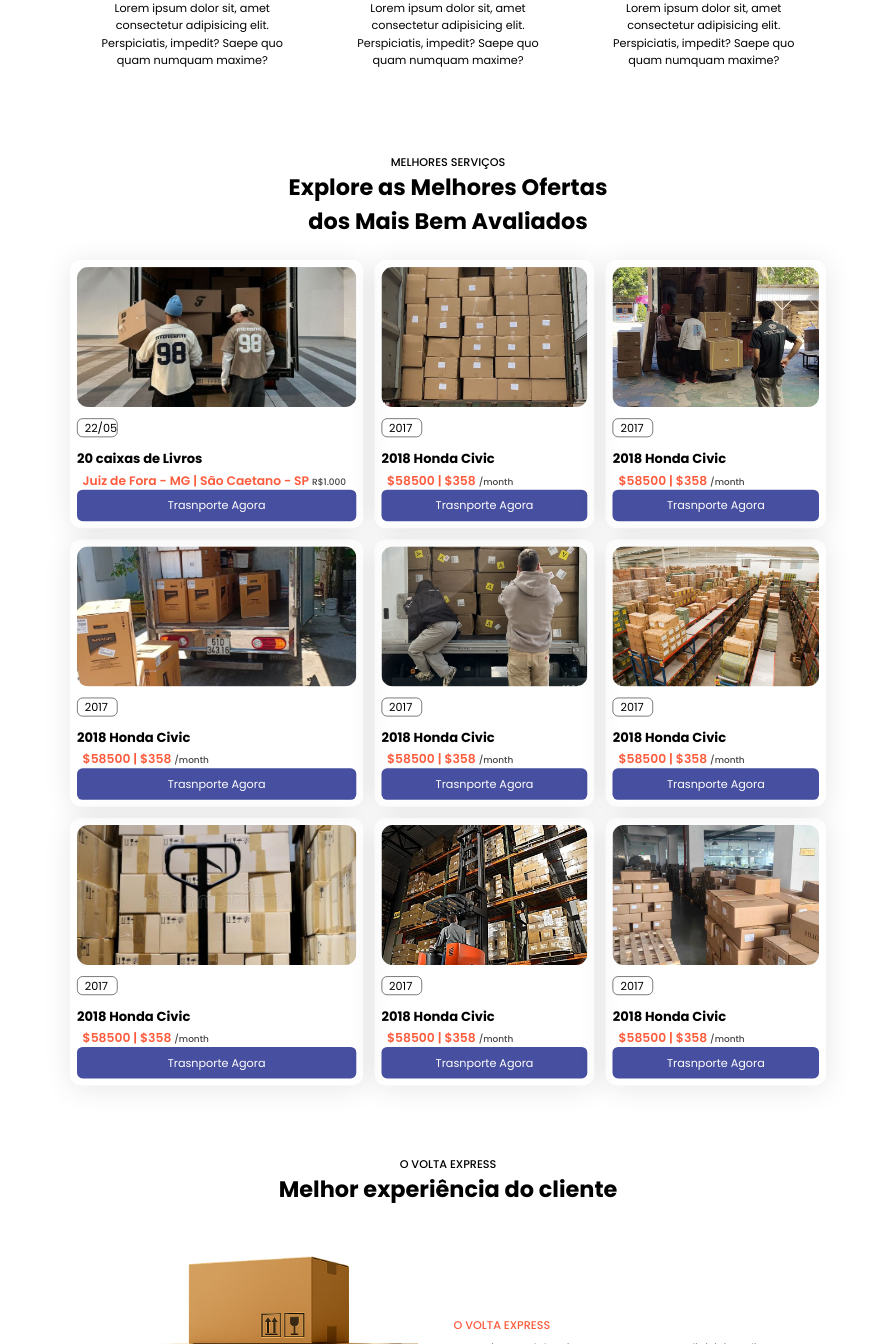
Repository: douglasabnovato/transportation
Page: index.html
The author's editor kept a copy of each file at every save. The page is drawn from the files as they stood at one save, then again after the next save.
The browser window is 1280 px wide. The pictures show the part of the page from y = 1012 to 2932 px (the page is 4034 px tall), at 70% of full size.

Above is the page before, as saved 2025-05-19 01:13:22.

After the next save:
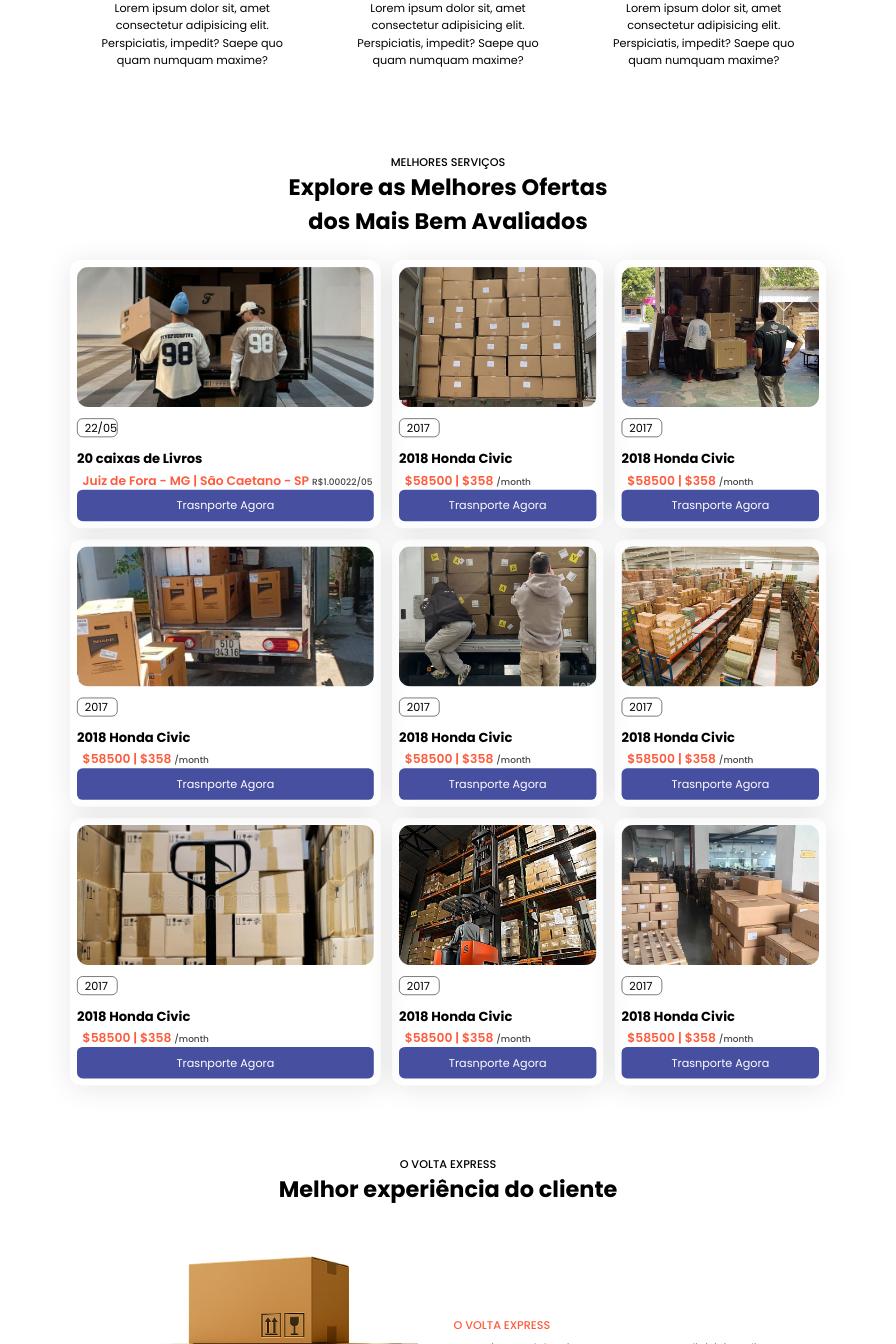
Saved 87 s later.
--- a/index.html
+++ b/index.html
@@ -121,7 +121,10 @@
           </div>
           <p>22/05</p>
           <h3>20 caixas de Livros</h3>
-          <h2>Juiz de Fora - MG | São Caetano - SP <span> R$1.000</span></h2>
+          <h2>
+            Juiz de Fora - MG | São Caetano - SP <span> R$1.000</span
+            ><span>22/05</span>
+          </h2>
           <a href="#" class="btn">Trasnporte Agora</a>
         </div>
 
